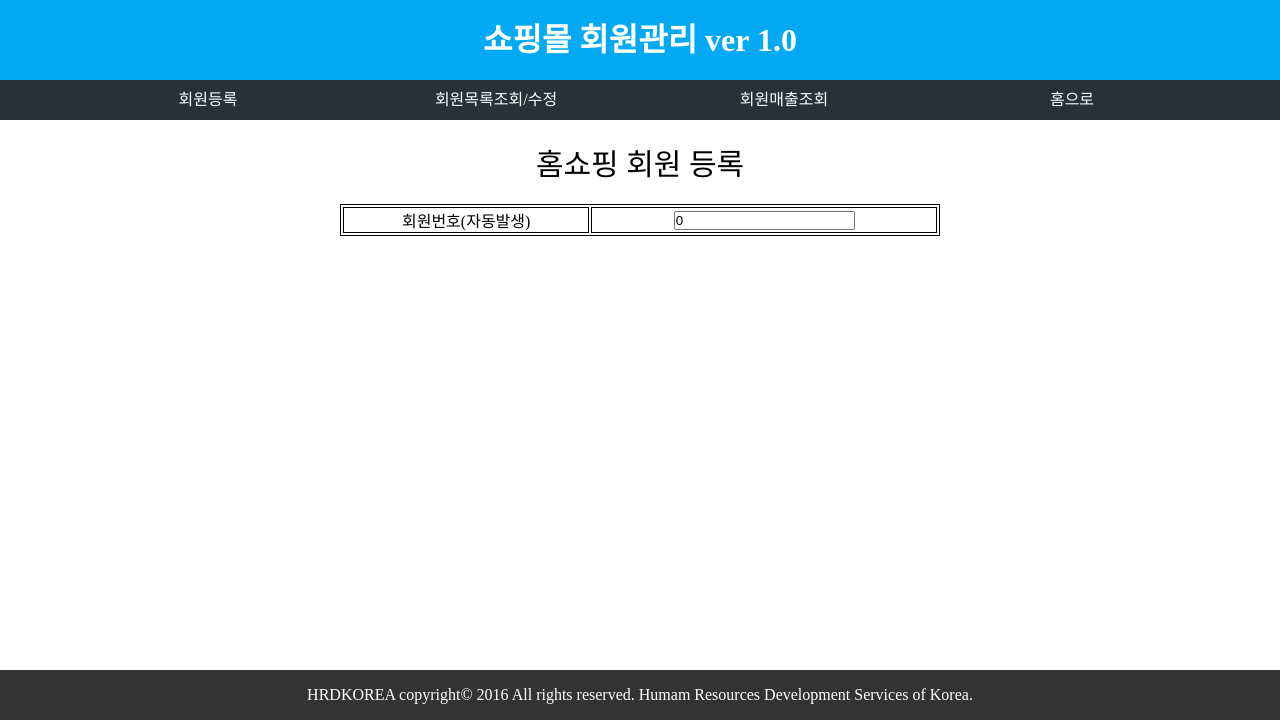
Repository: choiyuhee0722/two-crud
Page: http://localhost/HRD_000_1/view/memberInput.jsp
The author's editor kept a copy of each file at every save. The page is drawn from the files as they stood at one save, then again after the next save.
The browser window is 1280 px wide. The pictures show the whole page.
The page is served by Tomcat 9. Other server files are loaded and not shown. Queries for data that is not in the repository find no rows.

Above is the page before, as saved 2024-03-28 10:37:48.

### HRD_000_1/src/main/webapp/view/memberInput.jsp
<%@ page language="java" contentType="text/html; charset=UTF-8"
    pageEncoding="UTF-8"%>
<%@ page import="dao.MemberDao"%>

<jsp:include page="../master/header.jsp"/>
<%
		MemberDao dao = new MemberDao();
	int custno = dao.getMaxCustNo();
%>
<section>
	<div class="container">
		<p class="title">홈쇼핑 회원 등록</p>
		<form action="memberInputProc.jsp" method="post" name="frm">
			<table width="600px">
			<tr>
					<td>회원번호(자동발생)</td>
					<td><input type="number" value="<%= custno %>" name="custno" id="custno" readonly="readonly"></td>
			</tr>
			</table>
		</form>
	</div>
</section>

<jsp:include page="../master/footer.jsp"/>

### HRD_000_1/src/main/webapp/master/header.jsp
<%@ page language="java" contentType="text/html; charset=UTF-8"
    pageEncoding="UTF-8"%>
<!DOCTYPE html>
<html>
<head>
	<meta charset="UTF-8">
	<title>쇼핑몰 회원관리</title>
	<link rel="stylesheet" href="/css/style.css?after">
</head>
<body>
	<header>
		<h1>쇼핑몰 회원관리 ver 1.0</h1>
	</header>

	<nav>
		<ul>
			<li><a href="/view/memberInput.jsp">회원등록</a></li>
			<li><a href="/view/memberList.jsp">회원목록조회/수정</a></li>
			<li><a href="/view/memberMoneyList.jsp">회원매출조회</a></li>
			<li><a href="/index.jsp">홈으로</a></li>
		</ul>
	</nav>
</body>
</html>

### HRD_000_1/src/main/webapp/master/footer.jsp
<%@ page language="java" contentType="text/html; charset=UTF-8"
    pageEncoding="UTF-8"%>

<footer>
	HRDKOREA copyright&copy; 2016 All rights reserved. Humam
	Resources Development Services of Korea.
</footer>

</body>
</html>

### HRD_000_1/src/main/java/dao/MemberDao.java

package dao;

import java.sql.Connection;
import java.sql.PreparedStatement;
import java.sql.ResultSet;
import java.sql.SQLException;
import java.util.ArrayList;

import common.DBUtils;
import vo.MemberMoneyVO;
import vo.MemberVO;

public class MemberDao{
	public ArrayList<MemberVO> memberList(){

		ArrayList<MemberVO> list = new ArrayList<MemberVO>();

		Connection conn = null;
		PreparedStatement ps = null;
		ResultSet rs = null;

		try {
			conn = DBUtils.getConnection();
			ps = conn.prepareStatement("select custno, custname, phone, address, joindate, \r\n"
					+ "decode(grade,'A','VIP','B','일반','C','직원') grade,\r\n"
					+ "city \r\n"
					+ "from member_tbl_02 \r\n"
					+ "order by custno");
			rs = ps.executeQuery();

			while(rs.next()) {
					MemberVO vo = new MemberVO();
					vo.setCustno(rs.getInt("custno"));
					vo.setCustname(rs.getString("custname"));
					vo.setPhone(rs.getString("phone"));
					vo.setAddress(rs.getString("address"));
					vo.setJoindate(rs.getDate("joindate"));
					vo.setGrade(rs.getString("grade"));
					vo.setCity(rs.getString("city"));
					list.add(vo);
			}
		}catch(Exception e) {
			e.printStackTrace();
		}finally {
				DBUtils.close(conn, ps, rs);
		}

		return list;
	}

	public ArrayList<MemberMoneyVO> memberMoneyList(){
		ArrayList<MemberMoneyVO> list = new ArrayList<MemberMoneyVO>();

		Connection conn = null;
		PreparedStatement ps = null;
		ResultSet rs = null;

		try {
			conn = DBUtils.getConnection();
			ps = conn.prepareStatement("select A.custno, A.custname, decode(grade,'A','VIP','B','일반','C','직원') grade, sum(B.price) price\r\n"
					+ "from MEMBER_TBL_02 A, MONEY_TBL_02 B \r\n"
					+ "where A.custno = B.custno\r\n"
					+ "group by A.custno, A.custname, A.grade\r\n"
					+ "order by price desc");
			rs = ps.executeQuery();

			while(rs.next()) {
					MemberMoneyVO vo = new MemberMoneyVO();
					vo.setCustno(rs.getInt("custno"));
					vo.setCustname(rs.getString("custname"));
					vo.setGrade(rs.getString("grade"));
					vo.setPrice(rs.getInt("price"));
					list.add(vo);
			}
		}catch(Exception e) {
				e.printStackTrace();
		}finally {
			DBUtils.close(conn, ps, rs);

		}
		return list;
	}

	public int getMaxCustNo() {
		Connection conn = null;
		PreparedStatement ps = null;
		ResultSet rs = null;
		int custno = 0;

		try {
			 conn = DBUtils.getConnection();
			 ps = conn.prepareStatement("select max(custno)+1 custno\r\n"
			 		+ "from MEMBER_TBL_02");

			 rs = ps.executeQuery();
			 while(rs.next()) {
					custno = rs.getInt("custno");
			}
		}catch(Exception e) {
				e.printStackTrace();
		}finally {
			DBUtils.close(conn, ps, rs);
		}
		return custno;
	}
	public int memberInsert(MemberVO member) throws SQLException{
		Connection conn = null;
		PreparedStatement ps = null;
		int n = 0;
		try {
			conn = DBUtils.getConnection();
			ps = conn.prepareStatement("insert into member_tbl_02 values(?,?,?,?,?,?,?)");

			ps.setInt(1, member.getCustno());
			ps.setString(2, member.getCustname());
			ps.setString(3, member.getPhone());
			ps.setString(4, member.getAddress());
			ps.setDate(5, member.getJoindate());
			ps.setString(6, member.getGrade());
			ps.setString(7, member.getCity());
			n = ps.executeUpdate();
			if(n > 0) {
					conn.commit();
			}
		}catch(Exception e) {
			e.printStackTrace();
		}finally {
			DBUtils.close(conn, ps);
		}
		return n;


	}

}

### HRD_000_1/src/main/java/common/DBUtils.java
package common;

import java.sql.Connection;
import java.sql.DriverManager;
import java.sql.PreparedStatement;
import java.sql.ResultSet;

public class DBUtils {
	public static Connection getConnection() {
		Connection con = null;
		try {
			Class.forName("oracle.jdbc.driver.OracleDriver");
			con = DriverManager.getConnection("jdbc:oracle:thin:@localhost:1521:xe","system","1234");
		}catch(Exception e) {
			e.printStackTrace();
		}
		return con;
	}
	public static void close(Connection conn, PreparedStatement ps, ResultSet rs) {
	if(rs != null) {
		try {
				rs.close();
		}catch(Exception ex) {
			System.out.println("오류 발생 : "+ ex);
		}
	}
	close(conn, ps);
}

public static void close(Connection conn, PreparedStatement ps) {
	if(ps != null) {
		try {
				ps.close();
		}catch(Exception ex) {
			System.out.println("오류 발생 : "+ ex);
		}
	}
}

}

### HRD_000_1/src/main/webapp/css/style.css
/* init */
*{
		padding: 0;
		margin: 0 auto;
}
ul{
		list-style: none;
}
a{
		color: inherit;
		text-decoration: none;
}

/*header*/
header{
		width: 100%;
		height: 80px;
		background-color: #03A9F4;
		text-align: center;
		line-height: 80px;
		color: white;
}

/*nav*/
nav{
		width: 100%;
		height: 40px;
		background: #263238;
		text-align: center;
		line-height: 40px;
		color: white;
}
nav > ul{
		width: 90%;
}
nav > ul > li{
		width: 25%;
		float: left;
}

/*section*/
section{
		width: 100%;
}
section > .container{
		padding: 20px;
		margin: 0 auto;
}
section > .container .title{
		font-size: 30px;
		text-align: center;
		margin-bottom: 20px;
}
table,th,td{
		border: 1px solid black;
		text-align: center;
}
/*footer*/
footer{
		width: 100%;
		height: 50px;
		line-height: 50px;
		text-align: center;
		background: #333;
		color: white;
		position: absolute;
		bottom: 0;
}
/*footer*/

After the next save:
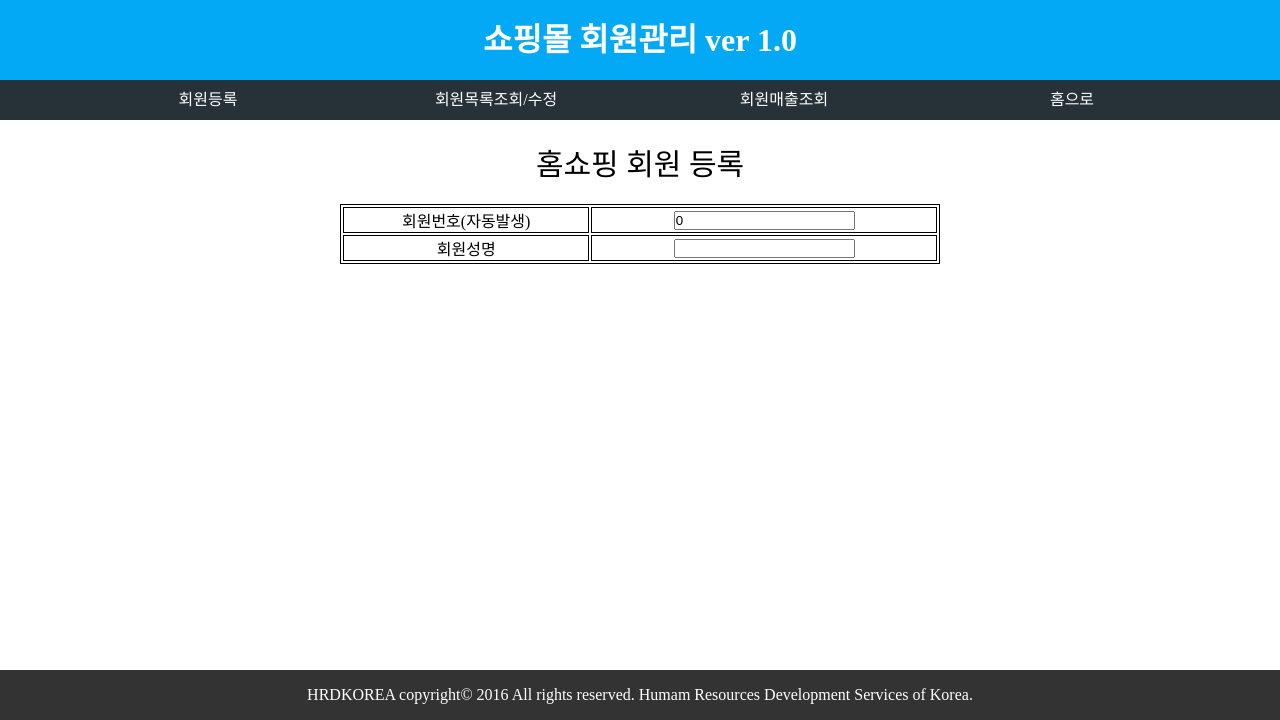
Saved 50 s later.
--- a/HRD_000_1/src/main/webapp/view/memberInput.jsp
+++ b/HRD_000_1/src/main/webapp/view/memberInput.jsp
@@ -16,6 +16,10 @@
 					<td>회원번호(자동발생)</td>
 					<td><input type="number" value="<%= custno %>" name="custno" id="custno" readonly="readonly"></td>
 			</tr>
+			<tr>
+					<td>회원성명</td>
+					<td><input type="number" id="custno" name="custno"></td>
+			</tr>
 			</table>
 		</form>
 	</div>
